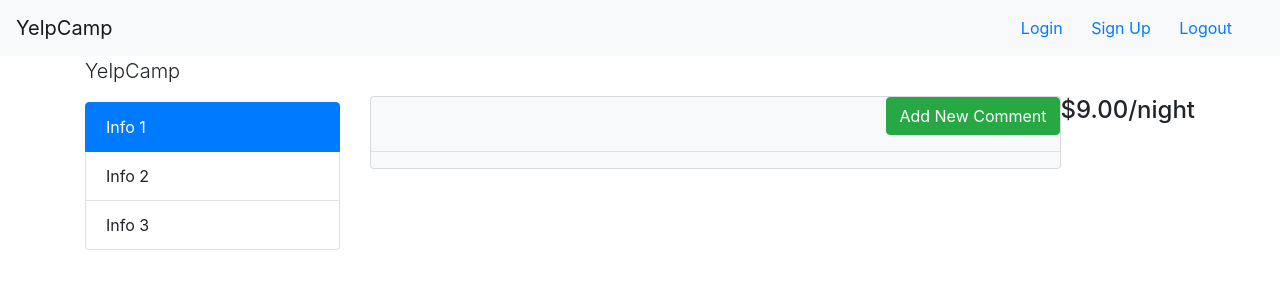
Repository: manojsatya/YelpCamp
Page: views/campgrounds/show.ejs
These files come from the project's save history. The page is drawn as it stood at one moment and after the next save; the edit follows.
The browser window is 1280 px wide. The pictures show the whole page.
The page is served by the project's Node server (app.js). The template is opened directly, without the code that normally fills it, so the values that code supplies are empty.

Above is the page before, as saved 2019-06-20 19:45:25.
Console error: TypeError: Cannot read properties of undefined (reading 'fn')

After the next save:
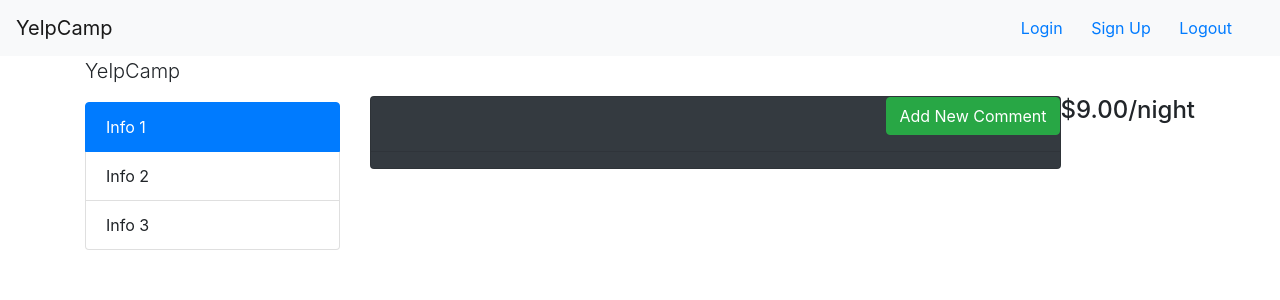
Saved 13 s later.
--- a/views/campgrounds/show.ejs
+++ b/views/campgrounds/show.ejs
@@ -19,7 +19,7 @@
                     <p> <%= campground.description%> </p>
                 </div>
             </div>
-            <div class="card bg-light">
+            <div class="card bg-dark">
                 <div class="text-right">
                         <a class = "btn btn-success" href="/campgrounds/<%= campground._id %>/comments/new">Add New Comment</a>
                 </div>
